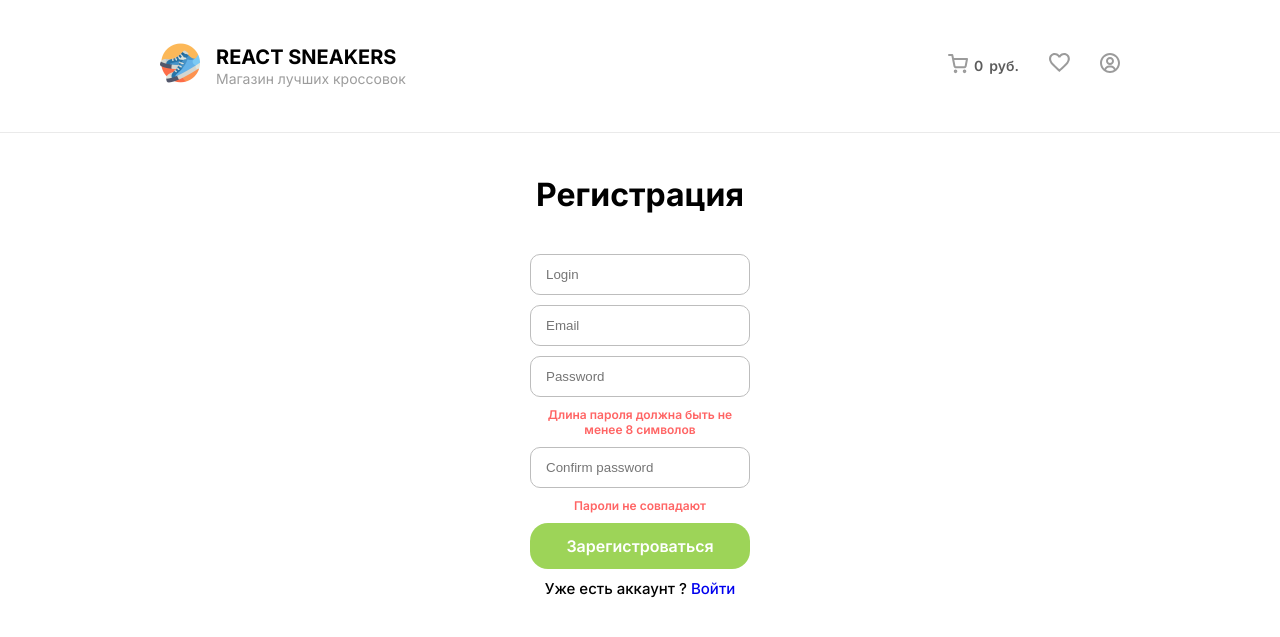
Repository: maxbirimkulov/sneakers20
Page: src/pages/register.html
An editor plug-in stored every save of this project. The page is shown before and after the next save, followed by the edit.
The browser window is 1280 px wide. The pictures show the whole page.
The style sheet was rebuilt from its Sass, Less or Tailwind sources for each picture, by a compiler version that may differ from the author's.

Above is the page before, as saved 2022-11-12 21:05:38.

### src/pages/register.html
<!DOCTYPE html>
<html lang="en">
  <head>
    <meta charset="UTF-8" />
    <meta
      name="viewport"
      content="width=device-width, user-scalable=no, initial-scale=1.0, maximum-scale=1.0, minimum-scale=1.0"
    />
    <meta http-equiv="X-UA-Compatible" content="ie=edge" />
    <title>Document</title>
    <link rel="stylesheet" href="../css/style.css" />
  </head>
  <body>
    <div class="floor">
      <header class="header">
        <div class="container">
          <nav class="header__nav">
            <div class="header__logo">
              <img
                src="../images/mainLogo.png"
                alt="Logo"
                class="header__logo-img"
              />
              <div class="header__logo-text">
                <h1 class="header__logo-title">
                  <a href="../../index.html" class="header__logo-title-link"
                    >react sneakers</a
                  >
                </h1>
                <p class="header__logo-subtitle">
                  <a href="../../index.html" class="header__logo-subtitle"
                    >Магазин лучших кроссовок</a
                  >
                </p>
              </div>
            </div>
            <div class="header__links">
              <p class="header__links-basket">
                <span class="header__links-basket-logo"
                  ><svg
                    width="20"
                    height="20"
                    viewBox="0 0 20 20"
                    fill="none"
                    xmlns="http://www.w3.org/2000/svg"
                  >
                    <path
                      d="M7.54548 18.1818C7.99735 18.1818 8.36366 17.8155 8.36366 17.3636C8.36366 16.9118 7.99735 16.5455 7.54548 16.5455C7.09361 16.5455 6.72729 16.9118 6.72729 17.3636C6.72729 17.8155 7.09361 18.1818 7.54548 18.1818Z"
                      stroke="#9B9B9B"
                      stroke-width="2"
                      stroke-linecap="round"
                      stroke-linejoin="round"
                    />
                    <path
                      d="M16.5455 18.1818C16.9973 18.1818 17.3637 17.8155 17.3637 17.3636C17.3637 16.9118 16.9973 16.5455 16.5455 16.5455C16.0936 16.5455 15.7273 16.9118 15.7273 17.3636C15.7273 17.8155 16.0936 18.1818 16.5455 18.1818Z"
                      stroke="#9B9B9B"
                      stroke-width="2"
                      stroke-linecap="round"
                      stroke-linejoin="round"
                    />
                    <path
                      d="M1 1H4.27273L6.46545 11.9555C6.54027 12.3321 6.7452 12.6705 7.04436 12.9113C7.34351 13.1522 7.71784 13.2801 8.10182 13.2727H16.0545C16.4385 13.2801 16.8129 13.1522 17.112 12.9113C17.4112 12.6705 17.6161 12.3321 17.6909 11.9555L19 5.09091H5.09091"
                      stroke="#9B9B9B"
                      stroke-width="2"
                      stroke-linecap="round"
                      stroke-linejoin="round"
                    />
                  </svg>
                </span>
                <span class="total">0</span> руб.
              </p>
              <a href="./favorites.html" class="header__links-favorites"
                ><span class="header__links-favorites-logo"
                  ><svg
                    width="21"
                    height="19"
                    viewBox="0 0 21 19"
                    fill="none"
                    xmlns="http://www.w3.org/2000/svg"
                  >
                    <path
                      d="M15.1003 0C16.7293 0 18.0976 0.54932 19.2052 1.64796C20.3129 2.7466 20.8668 4.08759 20.8668 5.67092C20.8668 6.44643 20.7039 7.23002 20.3781 8.02169C20.0523 8.81335 19.6939 9.51616 19.303 10.1301C18.912 10.744 18.2523 11.5357 17.3238 12.5051C16.3953 13.4745 15.6134 14.2581 14.9781 14.8559C14.3428 15.4537 13.3248 16.3665 11.9239 17.5944L10.4089 18.9515L8.89403 17.6429C7.52572 16.3827 6.51577 15.4537 5.8642 14.8559C5.21262 14.2581 4.42258 13.4745 3.49408 12.5051C2.56559 11.5357 1.90586 10.744 1.51492 10.1301C1.12397 9.51616 0.773748 8.81335 0.464249 8.02169C0.15475 7.23002 0 6.44643 0 5.67092C0 4.08759 0.553841 2.7466 1.66152 1.64796C2.7692 0.54932 4.12123 0 5.71759 0C7.60717 0 9.17095 0.727041 10.4089 2.18112C11.6469 0.727041 13.2107 0 15.1003 0ZM10.5067 16.0918C12.1031 14.6701 13.2677 13.6118 14.0008 12.9171C14.7338 12.2224 15.5401 11.3903 16.4198 10.4209C17.2994 9.45153 17.9102 8.60332 18.2523 7.87628C18.5944 7.14924 18.7654 6.41412 18.7654 5.67092C18.7654 4.63691 18.4152 3.78061 17.7148 3.10204C17.0143 2.42347 16.1428 2.08418 15.1003 2.08418C14.3184 2.08418 13.5772 2.31037 12.8768 2.76276C12.1764 3.21514 11.6795 3.79677 11.3863 4.50765H9.43158C9.17095 3.79677 8.69041 3.21514 7.98997 2.76276C7.28952 2.31037 6.53206 2.08418 5.71759 2.08418C4.67507 2.08418 3.81173 2.42347 3.12757 3.10204C2.44342 3.78061 2.10134 4.63691 2.10134 5.67092C2.10134 6.41412 2.26423 7.14924 2.59002 7.87628C2.91581 8.60332 3.52666 9.45153 4.42258 10.4209C5.3185 11.3903 6.13297 12.2224 6.866 12.9171C7.59902 13.6118 8.74743 14.6701 10.3112 16.0918L10.4089 16.1888L10.5067 16.0918Z"
                      fill="#9B9B9B"
                    />
                  </svg> </span
              ></a>
              <a href="./register.html" class="header__links-user"
                ><span class="header__links-user-logo"
                  ><svg
                    width="20"
                    height="20"
                    viewBox="0 0 20 20"
                    fill="none"
                    xmlns="http://www.w3.org/2000/svg"
                  >
                    <path
                      fill-rule="evenodd"
                      clip-rule="evenodd"
                      d="M0 10C0 4.579 4.579 0 10 0C15.421 0 20 4.579 20 10C20 13.19 18.408 16.078 16 17.924V18H15.898C14.23 19.245 12.187 20 10 20C7.813 20 5.77 19.245 4.102 18H4V17.924C1.592 16.078 0 13.189 0 10ZM7.12347 15.236C6.59154 15.6639 6.22136 16.2604 6.074 16.927C7.242 17.604 8.584 18 10 18C11.416 18 12.758 17.604 13.926 16.927C13.7785 16.2605 13.4082 15.6641 12.8764 15.2362C12.3445 14.8083 11.6827 14.5744 11 14.573H9C8.3173 14.5742 7.6554 14.808 7.12347 15.236ZM13.7677 13.4117C14.5877 13.9574 15.2286 14.7329 15.61 15.641C17.077 14.182 18 12.176 18 10C18 5.663 14.337 2 10 2C5.663 2 2 5.663 2 10C2 12.176 2.923 14.182 4.39 15.641C4.77144 14.7329 5.41227 13.9574 6.23227 13.4117C7.05227 12.866 8.01501 12.5742 9 12.573H11C11.985 12.5742 12.9477 12.866 13.7677 13.4117ZM6 8C6 5.72 7.72 4 10 4C12.28 4 14 5.72 14 8C14 10.28 12.28 12 10 12C7.72 12 6 10.28 6 8ZM8 8C8 9.178 8.822 10 10 10C11.178 10 12 9.178 12 8C12 6.822 11.178 6 10 6C8.822 6 8 6.822 8 8Z"
                      fill="#9B9B9B"
                    />
                  </svg> </span
              ></a>
            </div>
          </nav>
        </div>
      </header>
      <div class="container">
        <div class="register">
          <h2 class="register__title">Регистрация</h2>
          <form class="register__form">
            <input class="register__input" type="text" placeholder="Login" />
            <input class="register__input" type="email" placeholder="Email" />
            <input
              class="register__input"
              type="password"
              placeholder="Password"
            />
            <span class="register__error password"
              >Длина пароля должна быть не менее 8 символов</span
            >
            <input
              class="register__input"
              type="password"
              placeholder="Confirm password"
            />
            <span class="register__error confirmPassword"
              >Пароли не совпадают</span
            >
            <button type="submit" class="register__btn">
              Зарегистроваться
            </button>
            <span class="register__sign"
              >Уже есть аккаунт ? <a href="./login.html">Войти</a></span
            >
          </form>
        </div>
      </div>
    </div>
    <script type="module" src="../js/register.js"></script>
  </body>
</html>

### src/js/register.js
import { changeUser, getUserFromLocalStorage } from './user.js';

getUserFromLocalStorage();

let formRegister = document.querySelector('.register');
formRegister.addEventListener('submit', (e) => {
  e.preventDefault();

  let userData = {
    login: e.target[0].value,
    email: e.target[1].value,
    password: e.target[2].value,
  };

  if (e.target[2].value === e.target[3].value) {
    fetch('http://localhost:8080/register', {
      method: 'POST',
      headers: {
        'Content-Type': 'application/json',
      },
      body: JSON.stringify(userData),
    })
      .then((res) => res.json())
      .then((res) => {
        changeUser({
          ...res.user,
          token: res.accessToken,
        });
      })
      .catch((err) => console.log(err));
  } else {
    alert('Пароли не совпадают');
  }
});

### src/js/user.js



export let user = {
    login : "",
    email : ""
}

export const getUserFromLocalStorage = () => {
    if (localStorage.getItem('user') !== null){
        user = JSON.parse(localStorage.getItem('user'))
    }
}


export const changeUser = (data) => {
    user = {...data}
    localStorage.setItem('user', JSON.stringify(user))
    location.href = 'http://localhost:63342/new%20project/index.html'
}

### src/css/style.scss
@import url('https://fonts.googleapis.com/css2?family=DM+Sans:wght@700&family=Inter:wght@400;500;600;700&display=swap');

* {
  margin: 0;
  padding: 0;
  box-sizing: border-box;
  text-decoration: none;
  list-style-type: none;
  transition: 0.3s;
}
.container {
  max-width: 1050px;
  padding: 0 45px;
  margin: 0 auto;
}
$int: 'inter', sans-serif;

@mixin text($ff, $fs, $fw, $fz, $lh, $col) {
  font-family: $ff;
  font-style: $fs;
  font-weight: $fw;
  font-size: $fz;
  @if $lh > 0 {
    line-height: $lh;
  }
  color: $col;
}
body,
.floor {
  background-color: #fff;
}
@import '_header.scss';
@import '_main.scss';
@import '_assort.scss';
@import '_basketPopup.scss';
@import '_card.scss';
@import '_basket.scss';
@import '_favorites.scss';
@import '_basketNone.scss';
@import '_register';

### src/css/_header.scss
.header {
  padding: 43px 0 45px;
  &__nav {
    display: flex;
    justify-content: space-between;
    align-items: center;
  }
  &__logo {
    display: flex;
    &-img {
      width: 40px;
      height: 40px;
    }
    &-text {
      margin-left: 16px;
    }
    &-title {
      &-link {
        @include text($int, normal, 700px, 20px, 0, #000000);
        text-transform: uppercase;
      }
    }
    &-subtitle {
      @include text($int, normal, 400, 14px, 0, #9d9d9d);
    }
  }
  &__links {
    display: flex;
    &-basket {
      display: flex;
      gap: 6px;
      align-items: center;
      @include text($int, normal, 600, 14px, 0, #5c5c5c);
      margin-left: 10px;
      cursor: pointer;
    }
    &-favorites {
      margin: 0 30px;
    }
  }
  border-bottom: 1px solid #eaeaea;
}

### src/css/_main.scss
.swiper {
  width: 100%;
  height: 100%;
}

.swiper-slide {
  display: -webkit-box;
  display: -ms-flexbox;
  display: -webkit-flex;
  display: flex;
  -webkit-box-pack: center;
  -ms-flex-pack: center;
  -webkit-justify-content: center;
  justify-content: center;
  -webkit-box-align: center;
  -ms-flex-align: center;
  -webkit-align-items: center;
  align-items: center;
}

.swiper__icon{
  &-next{
    background-color: white;
    border-radius: 50%;
    cursor: pointer;
    position: absolute;
    right: 0;
    top: 50%;
    transform: translateY(-50%),;
    z-index: 2;
    padding: 8px 14px;
    display: flex;
    justify-content: center;
    align-items: center;
    transition: 0.2s;
    -webkit-box-shadow: 0px 0px 11px 5px rgba(0, 0, 0, 0.01);
    -moz-box-shadow: 0px 0px 11px 5px rgba(0, 0, 0, 0.01);
    box-shadow: 0px 0px 11px 5px rgba(0, 0, 0, 0.01);
    &:hover{
      transition: 0.2s;
      -webkit-box-shadow: 0px 0px 11px 5px rgba(0, 0, 0, 0.07);
      -moz-box-shadow: 0px 0px 11px 5px rgba(0, 0, 0, 0.07);
      box-shadow: 0px 0px 11px 5px rgba(0, 0, 0, 0.07);
    }
  }
  &-prev{
    background-color: white;
    border-radius: 50%;
    position: absolute;
    left: 0;
    top: 50%;
    cursor: pointer;
    transform:translateY(-50%) rotate(180deg);
    z-index: 2;
    padding: 8px 14px;
    display: flex;
    justify-content: center;
    align-items: center;
    transition: 0.2s;
    -webkit-box-shadow: 0px 0px 11px 5px rgba(0, 0, 0, 0.01);
    -moz-box-shadow: 0px 0px 11px 5px rgba(0, 0, 0, 0.01);
    box-shadow: 0px 0px 11px 5px rgba(0, 0, 0, 0.01);
    &:hover{
      transition: 0.2s;
      -webkit-box-shadow: 0px 0px 11px 5px rgba(0, 0, 0, 0.07);
      -moz-box-shadow: 0px 0px 11px 5px rgba(0, 0, 0, 0.07);
      box-shadow: 0px 0px 11px 5px rgba(0, 0, 0, 0.07);
    }
  }
}

.main{
  &__swipe{
    &-block{
      background-color: #F4EFE9;
      border-radius: 20px;
      max-height: 300px;
      display: flex;
      align-items: center;
      justify-content: space-between;
      width: 100%;
    }
    &-box{
      position: relative;
      padding: 16px 0 20px 51px;
      min-height: 300px;
      &-scn{
        margin: 0;
        padding: 0;
        max-width: 641.18px;
      }
      &-desc{
        @include text($int,normal,700,38px,46px,#8BB43C);
        margin: 32px 17.45px 10.45px 35px;
        &-black{
          color: black;
        }
      }
      &-btn{
        position: absolute;
        padding: 14px 60px;
        border-radius: 110px;
        @include text($int,normal,700px,16px, 0, white);
        text-transform: uppercase;
        background-color: #A5D364;
        bottom: 45px;
        left: 27%;
        transform: translate(-50%, -50);
        transition: 0.2s;
        &:hover{
          transition: 0.2s;
          transform: scale(1.1);
        }
      }
      &-img{
        width: 100%;
      }
    }
  }
}

### src/css/_assort.scss
.main__assort {
  &-topContent {
    display: flex;
    flex-wrap: wrap;
    justify-content: space-between;
    padding: 37px 0 36px;
    width: 100%;
  }
  &-filter {
    display: flex;
    justify-content: space-between;
    align-items: center;
    gap: 10px;
  }
  &-select {
    background: transparent;
    border: 1px solid #bdbdbd;
    border-radius: 8px;
    padding: 0 10px;
    height: 40px;
  }
  &-form {
    margin: 15px 0 0;
    display: flex;
    align-items: center;
    position: relative;
    &-input {
      border-radius: 10px;
      border: 1px solid #bdbdbd;
      outline: none;
      padding: 13px 40px 15px 46px;
      max-width: 250px;
      &::-webkit-input-placeholder {
        color: #c4c4c4;
      }
      &::-moz-placeholder {
        color: #c4c4c4;
      }
      &:-ms-input-placeholder {
        color: #c4c4c4;
      }
      &::-ms-input-placeholder {
        color: #c4c4c4;
      }
      &::placeholder {
        color: #c4c4c4;
      }
      &::-webkit-search-cancel-button {
        position: absolute;
        right: 18px;
        cursor: pointer;
        color: #5c5c5c;
      }
    }
    &-icon {
      position: absolute;
      left: 18px;
      top: 50%;
      transform: translateY(-50%);
    }
  }
  &-title {
    @include text($int, normal, 700, 32px, 0, black);
  }
  &-mainContent {
    min-height: 700px;
    position: relative;
    display: flex;
    justify-content: center;
    align-items: center;
    flex-wrap: wrap;
    gap: 40px;
    &-shoes {
      border: 1px solid #bdbdbd;
      border-radius: 40px;
      padding: 20px 29px 34px 30px;
      max-width: 210px;
    }
    &-favorites {
      display: inline-block;
      position: absolute;
      border: 1px solid #f8f8f8;
      border-radius: 7px;
      padding: 9.6px 9.07px 3.59px;
      cursor: pointer;
      &:hover {
        transform: scale(1.13);
        background-color: rgba(253, 239, 239, 0.87);
        transition: 0.2s;
      }
      &-active {
        display: none;
        position: absolute;
        background-color: #fef0f0;
        border: 1px solid transparent;
        border-radius: 7px;
        padding: 9.6px 9.07px 3.59px;
        cursor: pointer;
      }
    }
    &-product {
      &-desc {
        @include text($int, normal, 400, 14px, 17px, black);
      }
      &-pricesDesc {
        margin-top: 14px;
        display: flex;
        justify-content: space-between;
        align-items: center;
        &-price {
          @include text($int, normal, 500, 11px, 13px, #bdbdbd);
          text-transform: uppercase;
        }
        &-cost {
          @include text($int, normal, 700, 14px, 17px, black);
        }
        &-addBask {
          cursor: pointer;
          display: inline-block;
          padding: 5.33px 8.33px;
          border: 1px solid #f2f2f2;
          border-radius: 8px;
          transition: 0.2s;
          &:hover {
            transform: scale(1.13);
            background-color: rgba(253, 239, 239, 0.87);
            transition: 0.2s;
          }
          &-active {
            cursor: pointer;
            max-height: 32px;
            max-width: 32px;
            padding: 5.33px 8.33px;
            border: 1px solid white;
            border-radius: 8px;
            background: linear-gradient(180deg, #89f09c 0%, #3cc755 100%);
            transition: 0.2s;
            &:hover {
              transform: scale(1.13);
              transition: 0.2s;
            }
          }
        }
      }
    }
  }
}

### src/css/_basketPopup.scss
.basket {
  transform: translateX(100%);
  background: rgba(0, 00, 000, 0.4);
  height: 100vh;
  width: 100vw;
  z-index: 100;
  position: fixed;
  left: 0;
  top: 0;
  bottom: 0;
  &__cards {
    margin-top: 20px;
    max-height: 400px;
    overflow-y:  scroll;
    display: flex;
    gap: 20px;
    flex-wrap: wrap;
  }

  &__card {
    position: relative;  width: 100%;  height: 120px;  padding: 0 30px;    background: #FFFFFF;  border: 1px solid #F3F3F3;  border-radius: 20px;  &:hover {
    box-shadow: 0px 14px 30px 0px rgba(0, 0, 0, 0.05);  }
    &-img {
      position: absolute;    left: 20px;    top: 50%;    transform: translateY(-50%);    max-width: 80px;  }
    &__name {
      position: absolute;    width: 133px;    height: 36px;    overflow: hidden;    left: 120px;    top: 30px;    font-family: 'Inter', sans-serif;    font-style: normal;    font-weight: 400;    font-size: 14px;    line-height: 17px;    color: #000000;  }
    &__sum {
      position: absolute;    left: 120px;    bottom: 30px;    font-family: 'Inter', sans-serif;    font-style: normal;    font-weight: 700;    font-size: 14px;color: #000000;  }
    &__X {
      position: absolute;    right: 20px;    top: 50%;    transform: translateY(-50%);    max-width: 70px;    cursor: pointer;  }
  }
  &.show {
    transform: translateX(0%);
  }
  &__content {
    display: flex;
    flex-direction: column;
    justify-content: space-between;
    background: #fff;
    position: fixed;
    padding: 30px;
    height: 100vh;
    width: 385px;
    top: 0;
    right: 0;
  }
  &__title {
    @include text($int, normal, 700, 24px, 29px, #000000);
  }
  &__text {
    display: flex;
    justify-content: space-between;
    margin-bottom: 19px;
    &:last-of-type {
      margin-bottom: 24px;
    }
    &-desc {
      @include text($int, normal, 400, 16px, 19px, #000000);
    }
    &-sum {
      @include text($int, normal, 600, 16px, 19px, #000000);
    }
  }
  &__btn {
    @include text($int, normal, 600, 16px, 19px, #fff);
    padding: 12px 0;
    background: #9dd558;
    border-radius: 18px;
    border: 1px solid #9dd558;
    width: 100%;
  }
}

.name {
  font-size: 30px;
  color: red;
  text-align: center;
}

### src/css/_card.scss
.info {
  background: antiquewhite;
  padding: 40px 0;
  &__block {
    display: flex;
    flex-wrap: wrap;
    -moz-column-gap: 40px;
         column-gap: 40px;
    row-gap: 40px;
  }
  &__card {
    width: calc(25% - 30px);
    background: #ffffff;
    border: 1px solid #f3f3f3;
    border-radius: 40px;
    padding: 20px 40px;
    cursor: pointer;
    transition: 0.2s;
    &:hover {
      background: #ffffff;
      border: 1px solid #f8f8f8;
      box-shadow: 0 14px 30px rgba(0, 0, 0, 0.05);
      border-radius: 40px;
      transition: 0.2s;
      transform: scale(1.05);
    }
  }
  &__desc {
    @include text($int, normal, 400, 14px, 17px, #000);
    margin: 14px 0;
  }
  &__bottom {
    display: flex;
    justify-content: space-between;
  }
  &__sel {
    @include text($int, normal, 500, 11px, 13px, #bdbdbd);
    text-transform: uppercase;
  }
  &__sum {
    @include text($int, normal, 700, 14px, 17px, #000);
  }
}

### src/css/_basket.scss
.basket__main{
  &-topContent{
    padding: 42px 0 40px;
    &-nav{
      display: flex;
      align-items: center;
      gap: 21px;
    }
    &-title{
      @include text($int, normal, 700, 32px, 0, black)
    }
    &-link{
      padding: 8px 14px;
      max-width: 35px;
      max-height: 35px;
      display: flex;
      justify-content: center;
      align-items: center;
      border: 1px solid #F2F2F2;
      border-radius: 8px;
    }
  }
  &-mainContent{
    &-assort{
      display: flex;
      flex-wrap: wrap;
      gap: 40px;
    }
  }
}

### src/css/_favorites.scss
.main__assort-mainContent-favorites{
  &-off{
    display: none;
  }
  &-on{
    display: inline-block;
  }
}

### src/css/_basketNone.scss
.basketNone__main {
  display: flex;
  justify-content: center;
  align-items: center;
  padding: 240px 0;
  &-none {
    display: flex;
    flex-wrap: wrap;
    justify-content: center;
    align-items: center;
    max-width: 280px;
    &-text{
      text-align: center;
    }
    &-title {
      margin-top: 24px;
      text-align: center;
      @include text($int, normal, 600, 24px, 0, black);
    }

    &-desc {
      text-align: center;
      margin: 11px 0 41px;
      @include text($int, normal, 400, 16px, 24px, black);
    }

    &-link {
      padding: 17px 40px 19px;
      background-color: #9DD458;
      border-radius: 18px;
      @include text($int, normal, 400, 16px, 0, white);

      &-icon {
        margin-right: 17px;

      }
    }
  }
}

### src/css/_register.scss
.register,
.login {
  &__title {
    @include text($int, normal, 700, 32px, 0, black);
    margin: 42px auto 40px;
    text-align: center;
  }
  &__form {
    margin: 0 auto;
    display: flex;
    flex-direction: column;
    justify-content: center;
    max-width: 220px;
    gap: 10px;
    text-align: center;
  }
  &__input {
    padding: 12px 15px;
    border-radius: 10px;
    border: 1px solid #bdbdbd;
  }
  &__error {
    @include text($int, normal, 600, 12px, 0, #ff6464);
  }
  &__btn {
    @include text($int, normal, 600, 16px, 0, #fff);
    padding: 13px;
    border-radius: 18px;
    border: none;
    cursor: pointer;
    background-color: #9dd458;
  }
  &__sign {
    @include text($int, normal, 500, 15px, 0, black);
  }
}

After the next save:
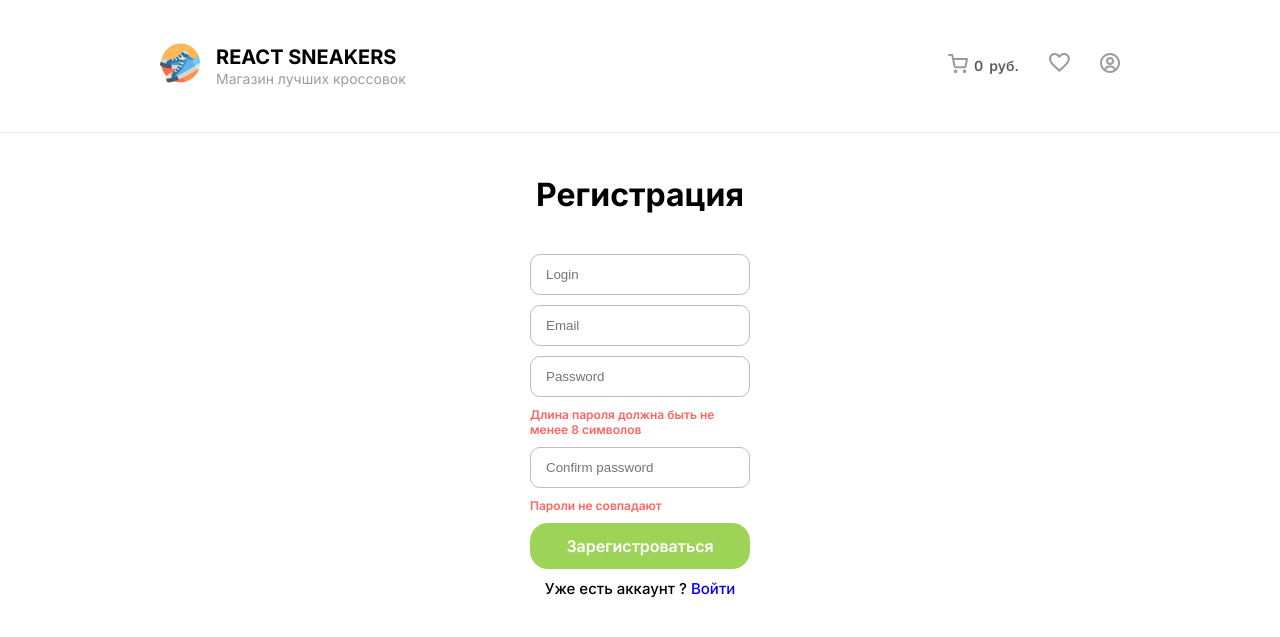
Saved 5 s later.
--- a/src/css/_register.scss
+++ b/src/css/_register.scss
@@ -21,6 +21,7 @@
   }
   &__error {
     @include text($int, normal, 600, 12px, 0, #ff6464);
+    text-align: start;
   }
   &__btn {
     @include text($int, normal, 600, 16px, 0, #fff);

After the save that followed:
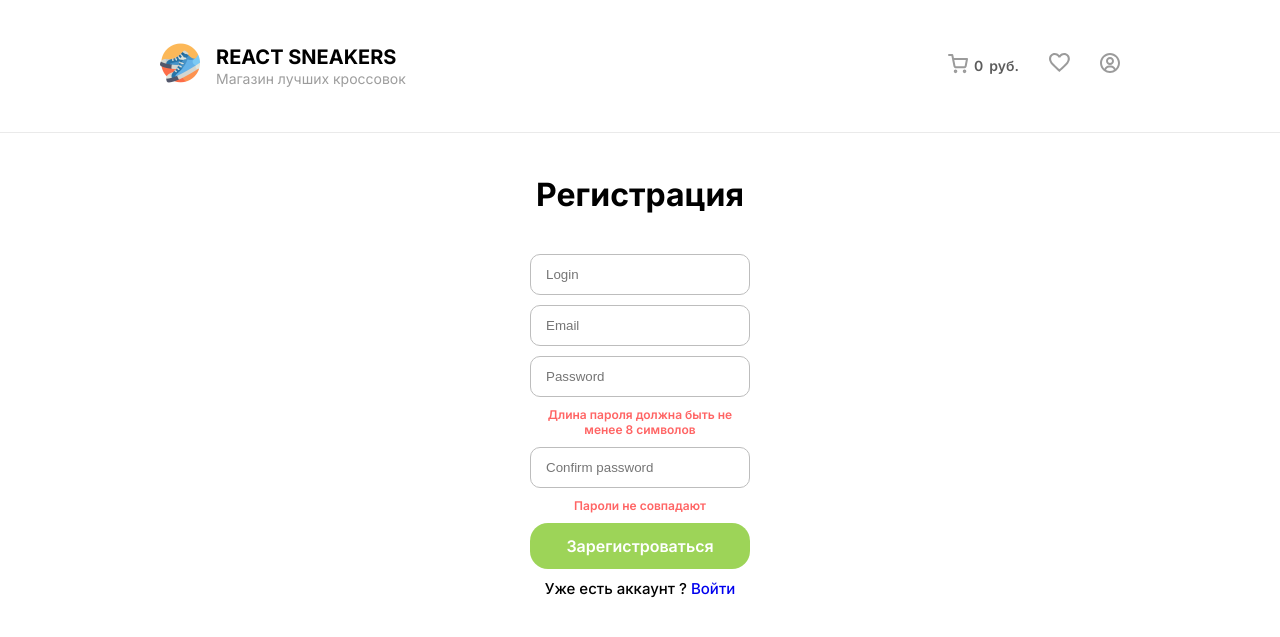
Saved 5 s later.
--- a/src/css/_register.scss
+++ b/src/css/_register.scss
@@ -21,7 +21,6 @@
   }
   &__error {
     @include text($int, normal, 600, 12px, 0, #ff6464);
-    text-align: start;
   }
   &__btn {
     @include text($int, normal, 600, 16px, 0, #fff);
